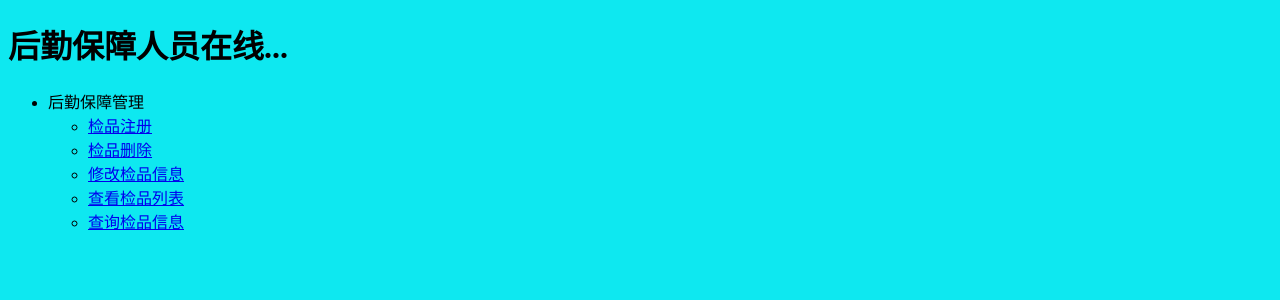
Repository: Shaoxubao/Java
Page: http://localhost/msm/jsp/reference/ref_menu.jsp
The author's editor kept a copy of each file at every save. The page is drawn from the files as they stood at one save, then again after the next save.
The browser window is 1280 px wide. The pictures show the whole page.
The page is served by Tomcat 9. Nobody is signed in. The application's start-up code is not run.

Above is the page before, as saved 2015-06-01 11:55:14.

After the next save:
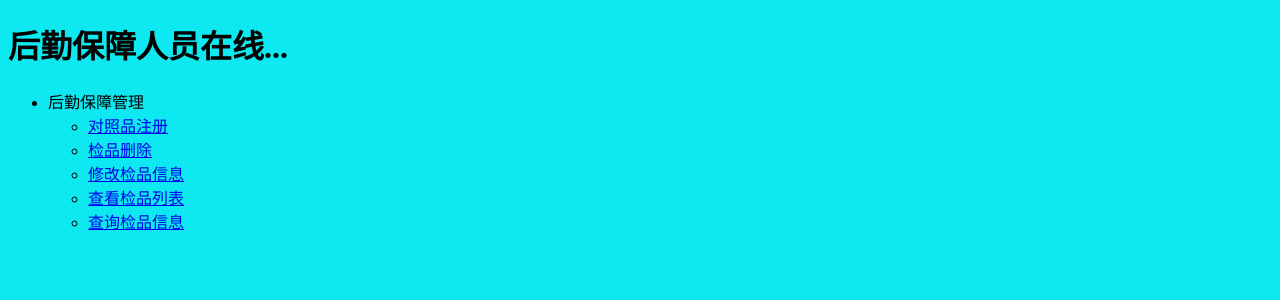
Saved 32 s later.
--- a/msm/WebContent/jsp/reference/ref_menu.jsp
+++ b/msm/WebContent/jsp/reference/ref_menu.jsp
@@ -13,7 +13,7 @@
         <li>后勤保障管理</li>
         <ul>
            <!-- <li><a href="add_sample.jsp" target="main">检品注册</a></li>-->
-          <li><a href="<%=request.getContextPath()%>/samplem/addsample" target="main">检品注册</a></li>
+          <li><a href="<%=request.getContextPath()%>/samplem/addsample" target="main">对照品注册</a></li>
           <li><a href="<%=request.getContextPath()%>/samplem/deletesample" target="main">检品删除</a></li>
           <li><a href="<%=request.getContextPath()%>/samplem/update" target="main">修改检品信息</a></li>
           <li><a href="<%=request.getContextPath()%>/samplem/samples" target="main">查看检品列表</a></li>
